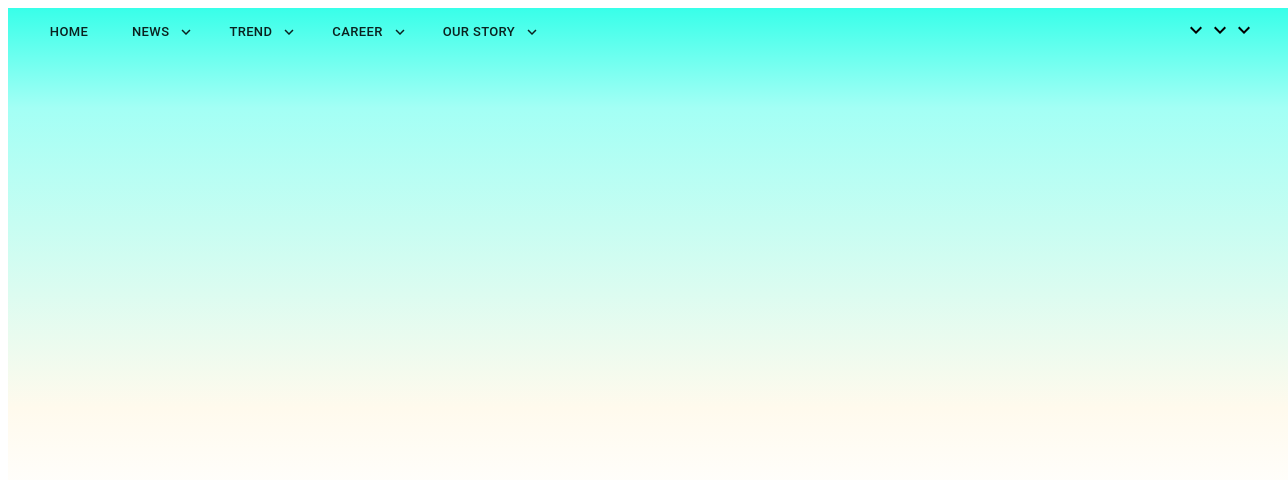
Repository: menamerai/fixi-vn-alpha
Page: /
These files come from the project's save history. The page is drawn as it stood at one moment and after the next save; the edit follows.
The browser window is 1280 px wide. The page is 1288 px wide, so the pictures cover 1288 px, including what lies to the right of the window. The pictures show the whole page.
The project was rebuilt for these pictures with package versions that can differ from the ones it lists, and the page was loaded fresh each time. Also part of the build but not shown: src/App.css.

Above is the page before, as saved 2020-09-23 21:57:33.

After the next save:
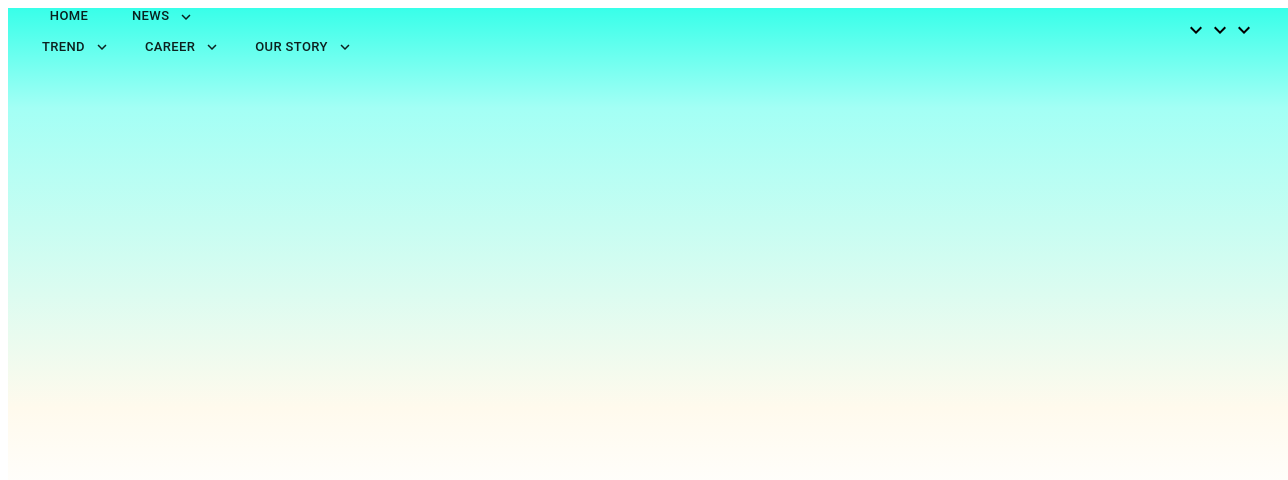
Saved 2 min 55 s later.
--- a/src/components/NavBar.jsx
+++ b/src/components/NavBar.jsx
@@ -6,6 +6,7 @@
   Menu,
   MenuItem,
   Box,
+  Collapse
 } from "@material-ui/core";
 import ExpandMoreIcon from "@material-ui/icons/ExpandMore";
 import { useHistory } from "react-router-dom";
@@ -84,22 +85,24 @@
           >
             News
           </Button>
-          <Menu
-            id="news-menu"
-            anchorEl={anchor.news}
-            open={Boolean(anchor.news)}
-            onClose={handleClose}
-            getContentAnchorEl={null}
-            anchorOrigin={{ vertical: "bottom", horizontal: "center" }}
-            transformOrigin={{ vertical: "top", horizontal: "center" }}
-          >
-            <MenuItem id="news-news1" onClick={handleClose}>
-              News1
-            </MenuItem>
-            <MenuItem id="news-news2" onClick={handleClose}>
-              News2
-            </MenuItem>
-          </Menu>
+          <Collapse in={!! anchor.news}>
+            <Menu
+              id="news-menu"
+              anchorEl={anchor.news}
+              open={Boolean(anchor.news)}
+              onClose={handleClose}
+              getContentAnchorEl={null}
+              anchorOrigin={{ vertical: "bottom", horizontal: "center" }}
+              transformOrigin={{ vertical: "top", horizontal: "center" }}
+            >
+              <MenuItem id="news-news1" onClick={handleClose}>
+                News1
+              </MenuItem>
+              <MenuItem id="news-news2" onClick={handleClose}>
+                News2
+              </MenuItem>
+            </Menu>
+          </Collapse>
           <Button
             endIcon={<ExpandMoreIcon />}
             size="small"

After the save that followed:
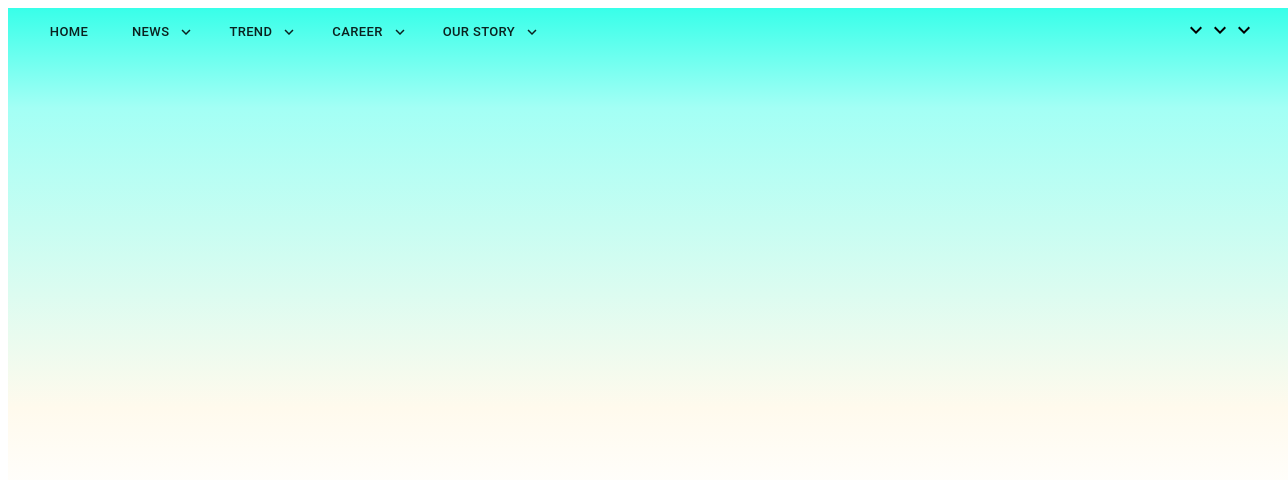
Saved 22 s later.
--- a/src/components/NavBar.jsx
+++ b/src/components/NavBar.jsx
@@ -85,24 +85,22 @@
           >
             News
           </Button>
-          <Collapse in={!! anchor.news}>
-            <Menu
-              id="news-menu"
-              anchorEl={anchor.news}
-              open={Boolean(anchor.news)}
-              onClose={handleClose}
-              getContentAnchorEl={null}
-              anchorOrigin={{ vertical: "bottom", horizontal: "center" }}
-              transformOrigin={{ vertical: "top", horizontal: "center" }}
-            >
-              <MenuItem id="news-news1" onClick={handleClose}>
-                News1
-              </MenuItem>
-              <MenuItem id="news-news2" onClick={handleClose}>
-                News2
-              </MenuItem>
-            </Menu>
-          </Collapse>
+          <Menu
+            id="news-menu"
+            anchorEl={anchor.news}
+            open={Boolean(anchor.news)}
+            onClose={handleClose}
+            getContentAnchorEl={null}
+            anchorOrigin={{ vertical: "bottom", horizontal: "center" }}
+            transformOrigin={{ vertical: "top", horizontal: "center" }}
+          >
+            <MenuItem id="news-news1" onClick={handleClose}>
+              News1
+            </MenuItem>
+            <MenuItem id="news-news2" onClick={handleClose}>
+              News2
+            </MenuItem>
+          </Menu>
           <Button
             endIcon={<ExpandMoreIcon />}
             size="small"
